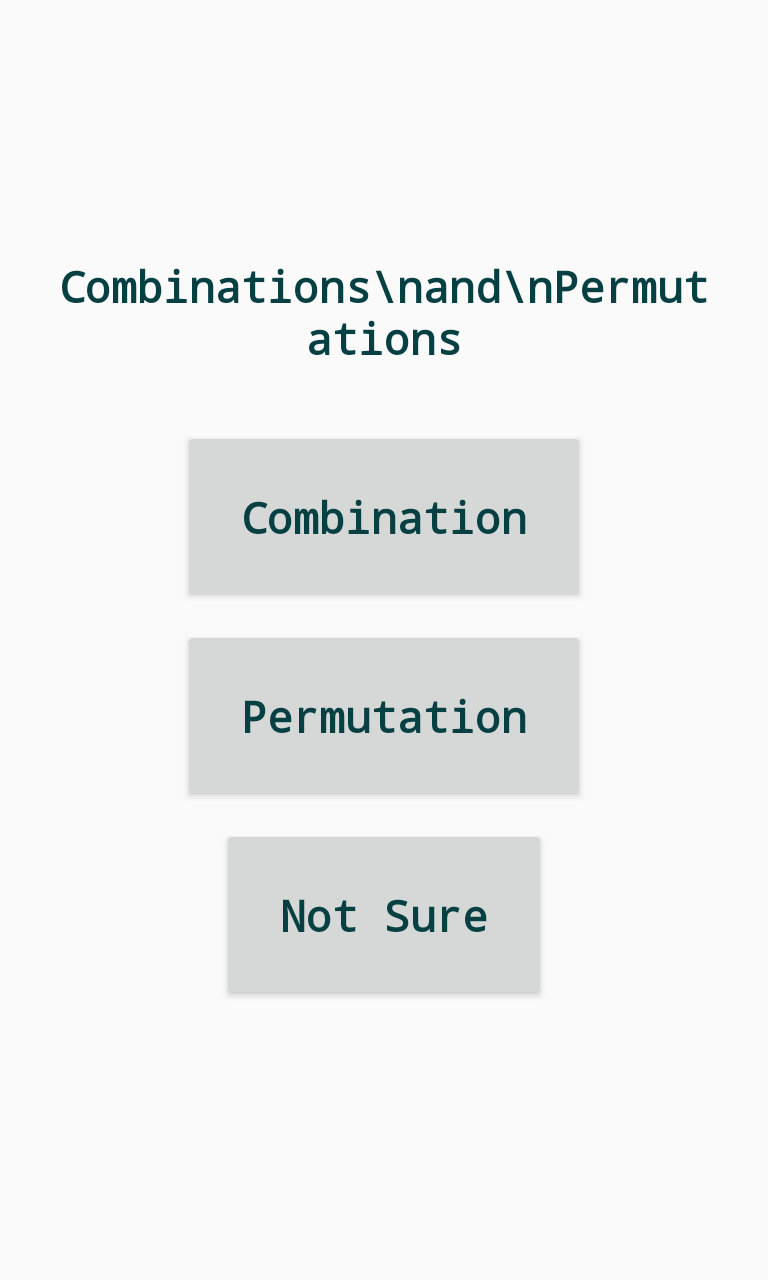
Repository: rontejada1991/Combinations-and-Permutations-Android-App
Layout: combinations/res/layout/activity_main.xml
The author's editor kept a copy of each file at every save. The layout is drawn from the files as they stood at one save, then again after the next save.
It is drawn on a 768 x 1280 px phone screen (xhdpi) without system bars, with theme AppTheme; the app's code is not run.

Above is the layout before, as saved 2014-11-07 20:05:51.

After the next save:
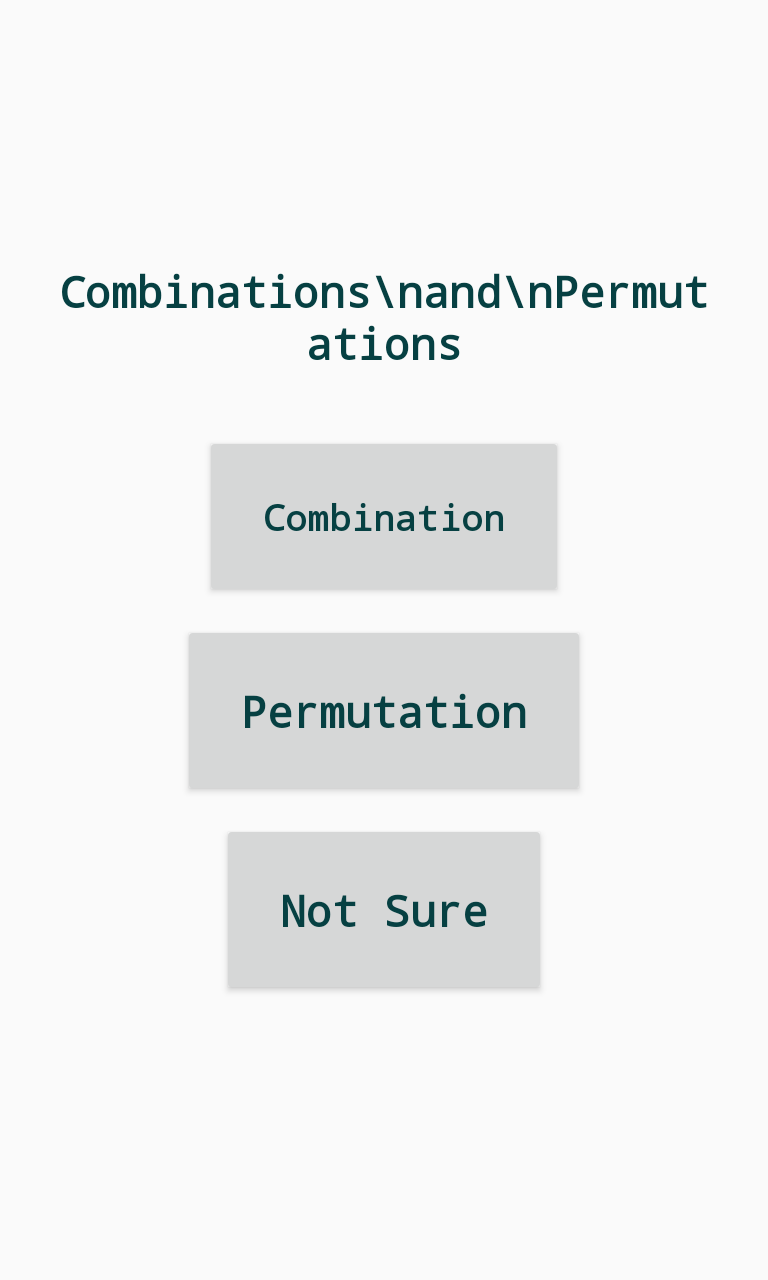
Saved 26 s later.
--- a/combinations/res/layout/activity_main.xml
+++ b/combinations/res/layout/activity_main.xml
@@ -16,7 +16,7 @@
 
     <Button
         android:id="@+id/b_begin"
-        style="@style/CodeFont"
+        style="@style/CodeFont.Med"
         android:text="Combination"
         android:padding="30dp"
         android:layout_marginBottom="10dp"
